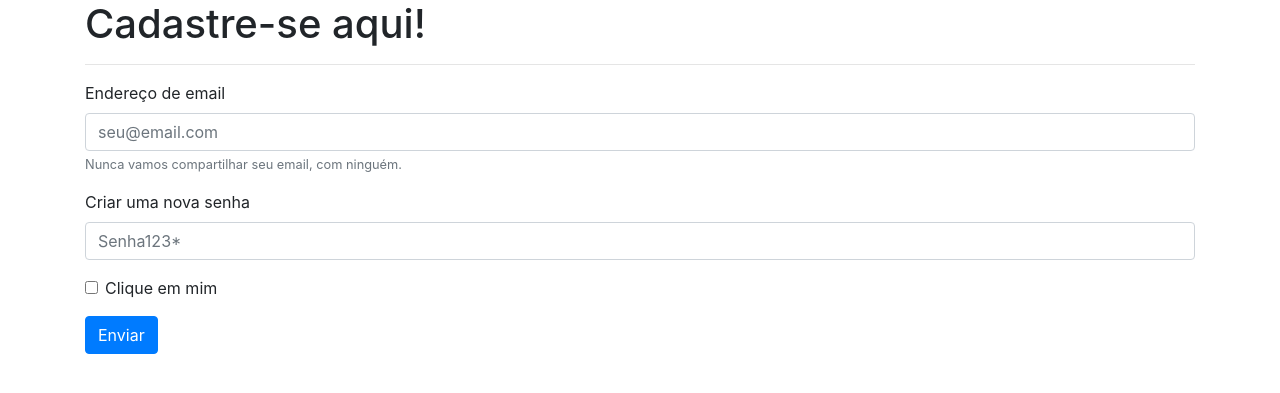
Repository: RickFernandez/Cadastro-Traveller
Page: http://localhost/cadastroUsuario
The author's editor kept a copy of each file at every save. The page is drawn from the files as they stood at one save, then again after the next save.
The browser window is 1280 px wide. The pictures show the whole page.
The page is this project's Thymeleaf template; nobody is signed in. The template is opened directly, without the code that normally fills it, so the values that code supplies are empty.

Above is the page before, as saved 2022-05-30 01:49:13.

### Traveller/src/main/resources/templates/cadastroUsuario.html
<!DOCTYPE html>
<html>
<head>
<meta charset="UTF-8">
<title>Cadastro de Usuários</title>
<link rel="stylesheet" href="https://stackpath.bootstrapcdn.com/bootstrap/4.1.3/css/bootstrap.min.css" integrity="sha384-MCw98/SFnGE8fJT3GXwEOngsV7Zt27NXFoaoApmYm81iuXoPkFOJwJ8ERdknLPMO" crossorigin="anonymous">
</head>
<body>

	<div class="container">
	<h1>Cadastre-se aqui!</h1>
	<hr>

	<form>
	  <div class="form-group">
	    <label for="exampleInputEmail1">Endereço de email</label>
	    <input type="email" class="form-control" id="exampleInputEmail1" aria-describedby="emailHelp" placeholder="seu@email.com">
	    <small id="emailHelp" class="form-text text-muted">Nunca vamos compartilhar seu email, com ninguém.</small>
	  </div>
	  <div class="form-group">
	    <label for="exampleInputPassword1">Criar uma nova senha</label>
	    <input type="password" class="form-control" id="exampleInputPassword1" placeholder="Senha123*">
	  </div>
	  <div class="form-group form-check">
	    <input type="checkbox" class="form-check-input" id="exampleCheck1">
	    <label class="form-check-label" for="exampleCheck1">Clique em mim</label>
	  </div>
	  <button type="submit" class="btn btn-primary">Enviar</button>
	</form>
	</div>
</body>
</html>

After the next save:
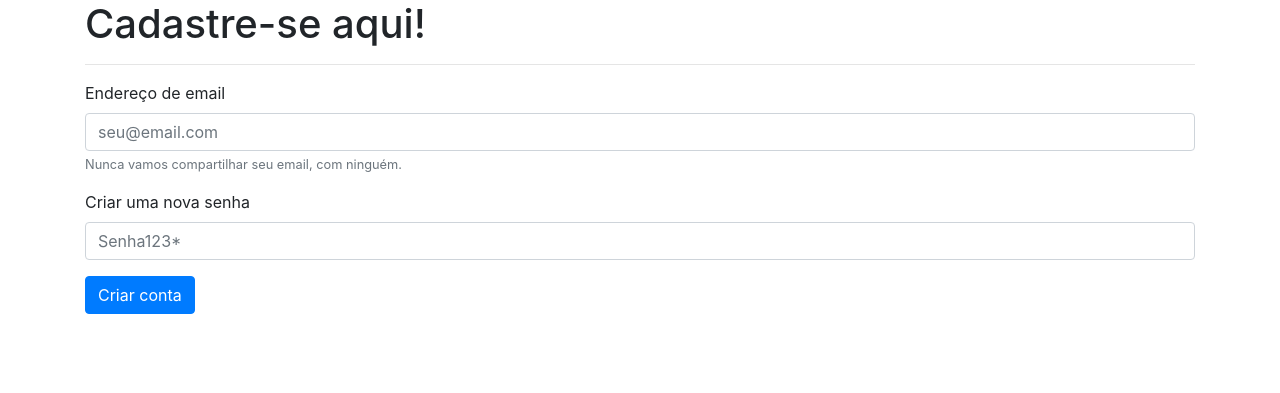
Saved 25 s later.
--- a/Traveller/src/main/resources/templates/cadastroUsuario.html
+++ b/Traveller/src/main/resources/templates/cadastroUsuario.html
@@ -17,15 +17,13 @@
 	    <input type="email" class="form-control" id="exampleInputEmail1" aria-describedby="emailHelp" placeholder="seu@email.com">
 	    <small id="emailHelp" class="form-text text-muted">Nunca vamos compartilhar seu email, com ninguém.</small>
 	  </div>
+
 	  <div class="form-group">
 	    <label for="exampleInputPassword1">Criar uma nova senha</label>
 	    <input type="password" class="form-control" id="exampleInputPassword1" placeholder="Senha123*">
 	  </div>
-	  <div class="form-group form-check">
-	    <input type="checkbox" class="form-check-input" id="exampleCheck1">
-	    <label class="form-check-label" for="exampleCheck1">Clique em mim</label>
-	  </div>
-	  <button type="submit" class="btn btn-primary">Enviar</button>
+
+	  <button type="submit" class="btn btn-primary">Criar conta</button>
 	</form>
 	</div>
 </body>
